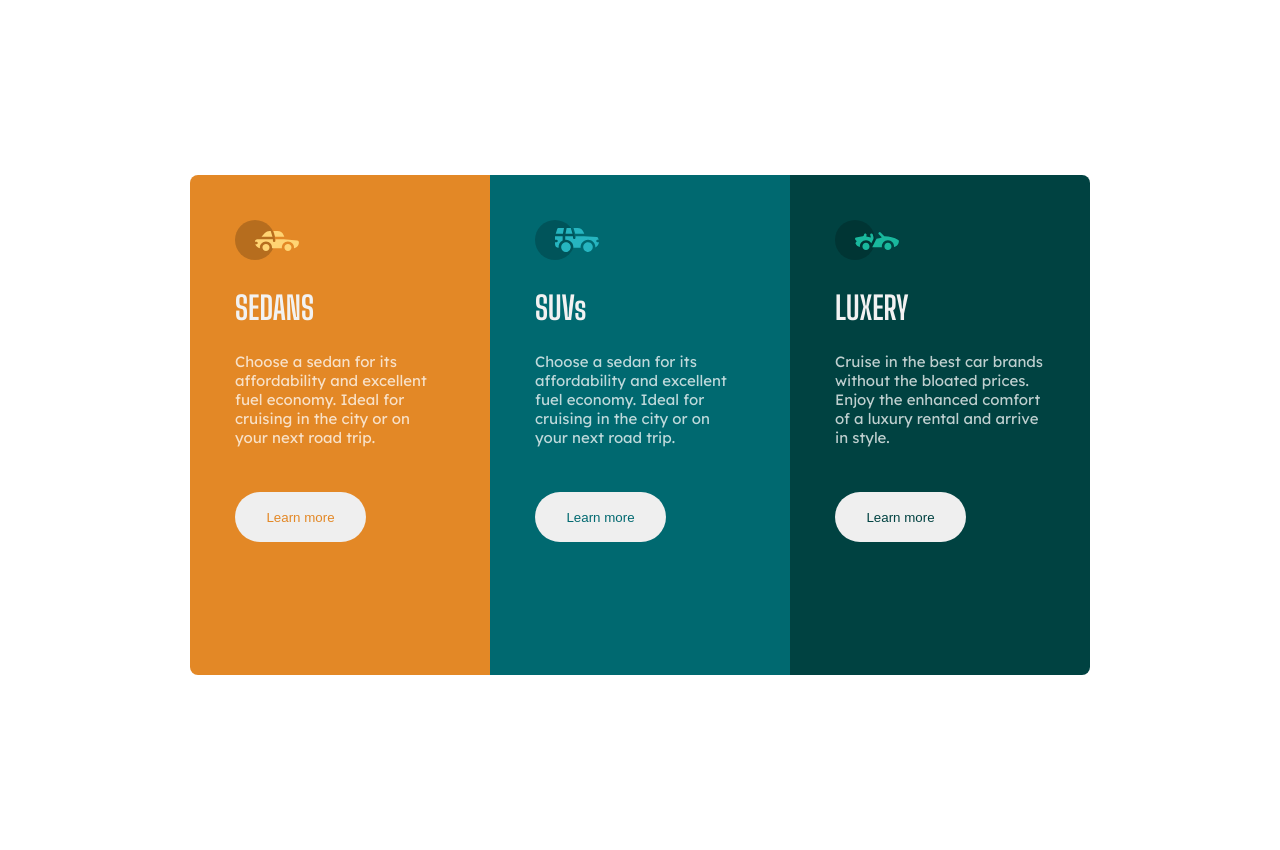
Repository: Toqa-25/3-cards-component
Page: index.html
An editor plug-in stored every save of this project. The page is shown before and after the next save, followed by the edit.
The browser window is 1280 px wide. The pictures show the whole page.

Above is the page before, as saved 2021-07-12 03:53:10.

After the next save:
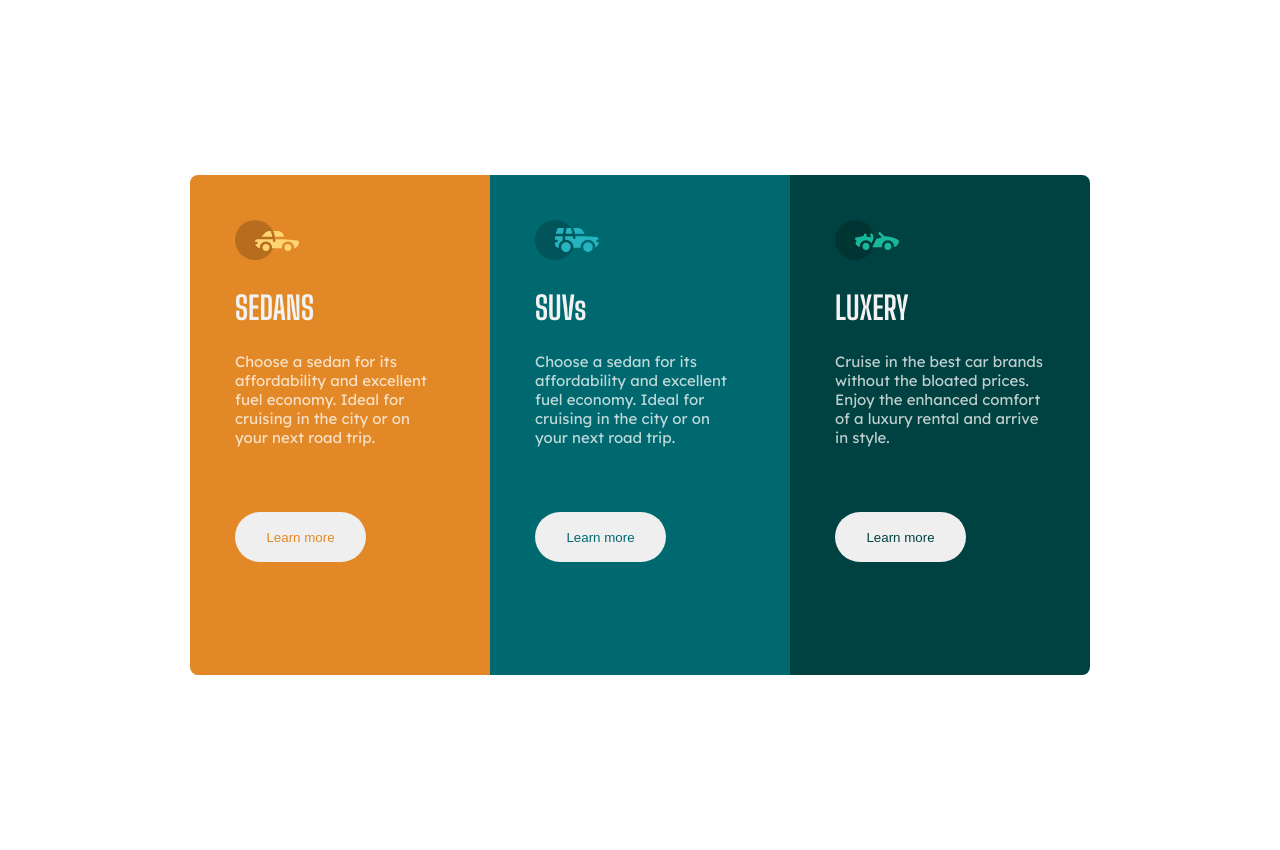
Saved 74 s later.
--- a/css/style.css
+++ b/css/style.css
@@ -78,7 +78,7 @@
 p{
     font-family: 'Lexend Deca', sans-serif;
     color:var(--Transparent-white-paragraphs);
-    margin-bottom: 45px;
+    margin-bottom: 65px;
     Font-size: 15px;
 }
 button{
